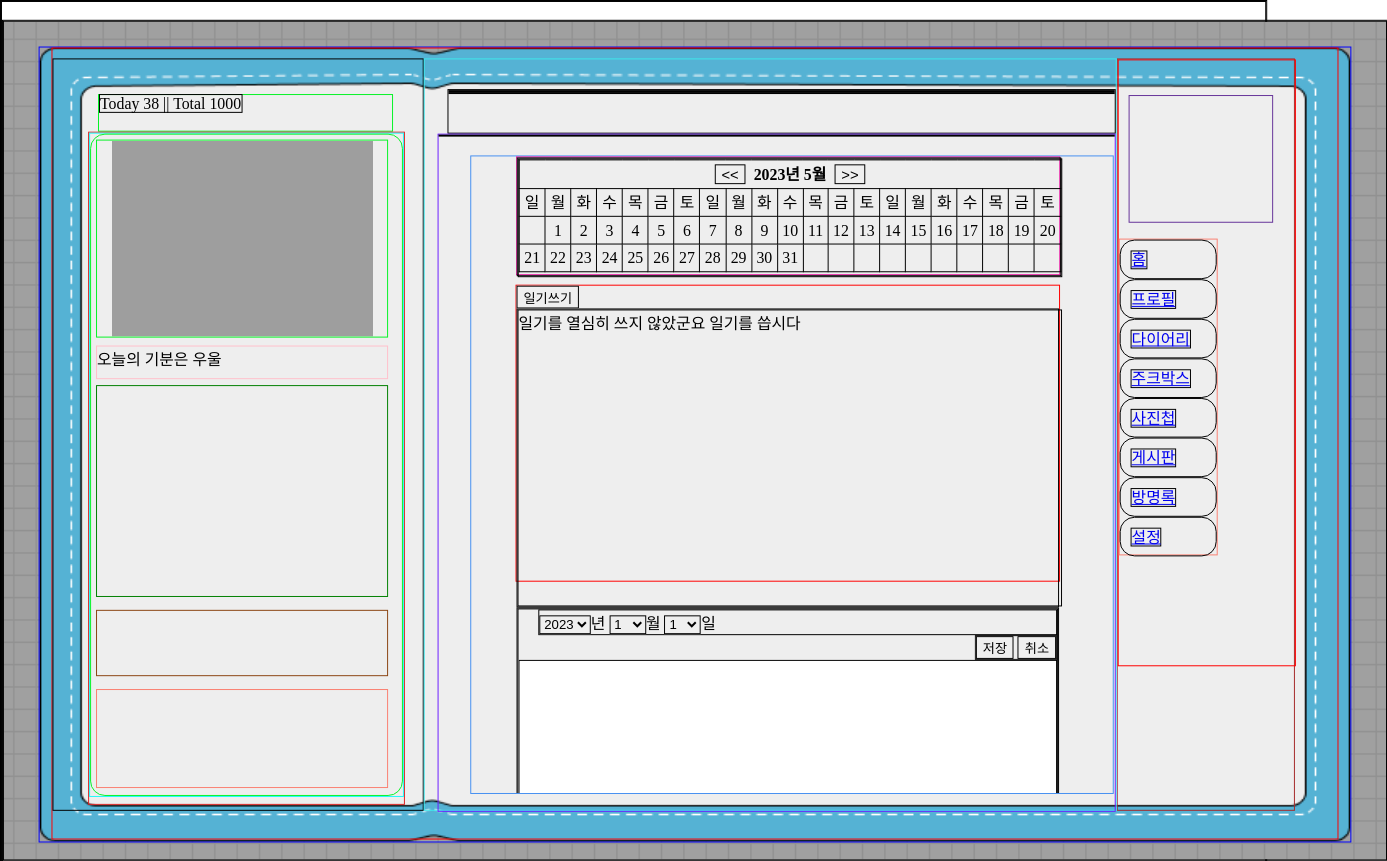
Repository: BBoBBoM/Jsp-workspace
Page: http://localhost/cyworldrenew1/diary.jsp
An editor plug-in stored every save of this project. The page is shown before and after the next save, followed by the edit.
The browser window is 1280 px wide. The page is 1401 px wide, so the pictures cover 1401 px, including what lies to the right of the window. The pictures show the whole page, at 99% of full size.
Pictures or frames that could not be fetched are drawn as grey boxes. An inner scrolling area shows only its first screen. The page is served by Tomcat 9. Queries for data that is not in the repository find no rows.

Above is the page before, as saved 2023-06-01 05:19:45.

After the next save:
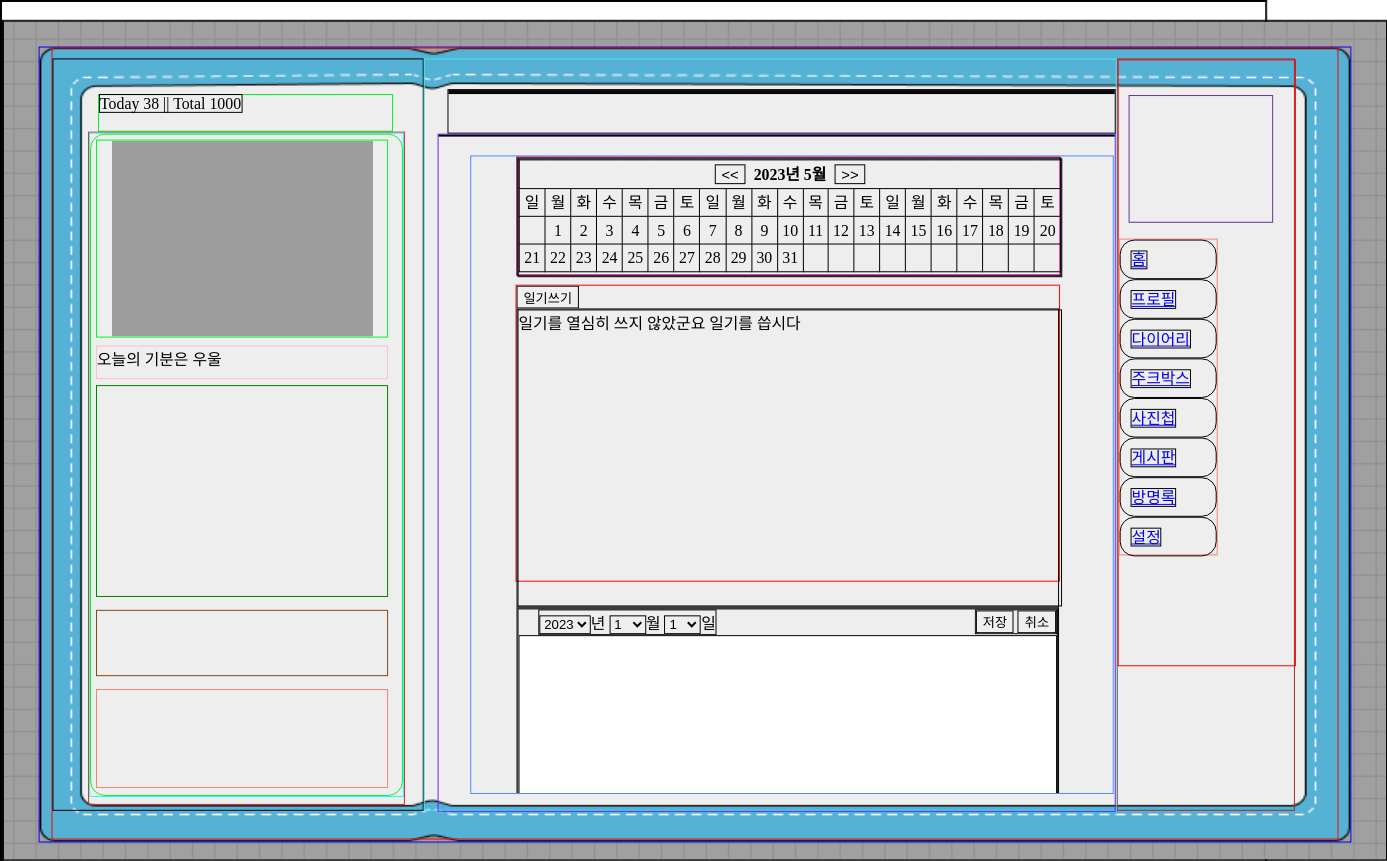
Saved 25 s later.
--- a/cyworldrenew1/src/main/webapp/diary.jsp
+++ b/cyworldrenew1/src/main/webapp/diary.jsp
@@ -537,7 +537,7 @@ input {
 										</div>
 										<div id="center_diary_contents2">
 											<form action="add_diary.jsp" method="post">
-											<div id="date_select" style="margin-left:20px">
+											<div id="date_select" style="margin-left:20px; float:left">
 												<select>
 													<option value="2023">2023</option>
 													<option value="2022">2022</option>
